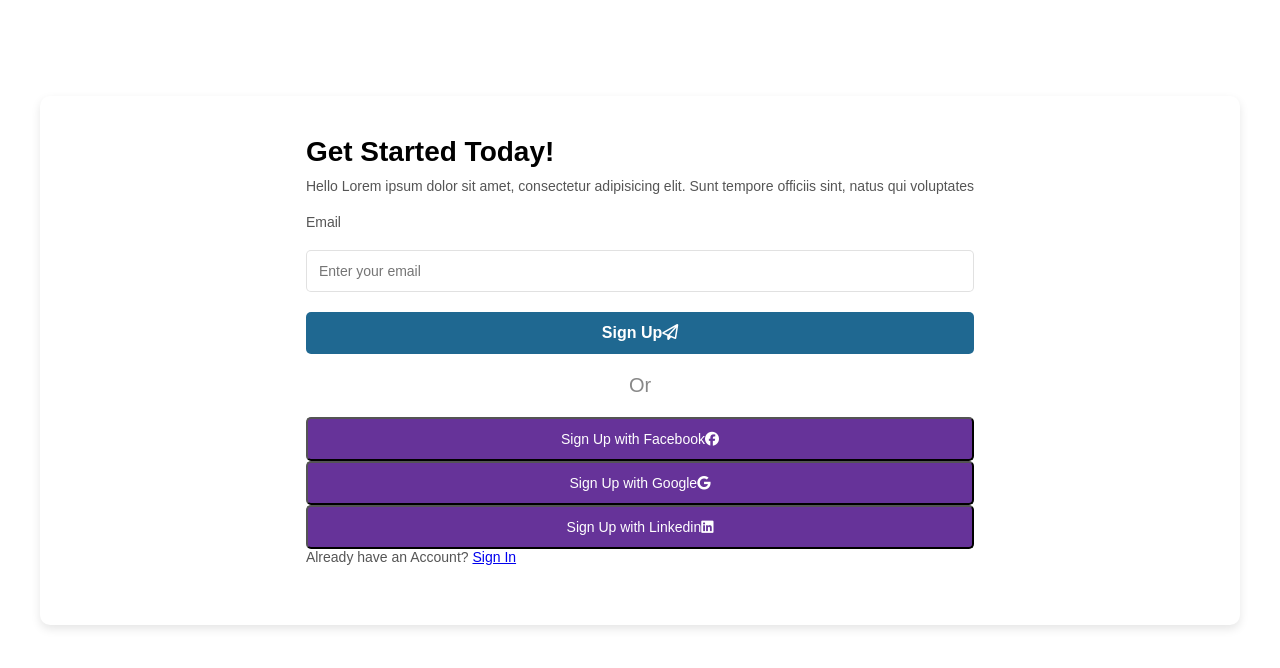
Repository: Femi007-gh/Login-V2
Page: index.html
The author's editor kept a copy of each file at every save. The page is drawn from the files as they stood at one save, then again after a run of saves.
The browser window is 1280 px wide. The pictures show the whole page.

Above is the page before, as saved 2025-01-27 07:47:12.

After the next 4 saves:
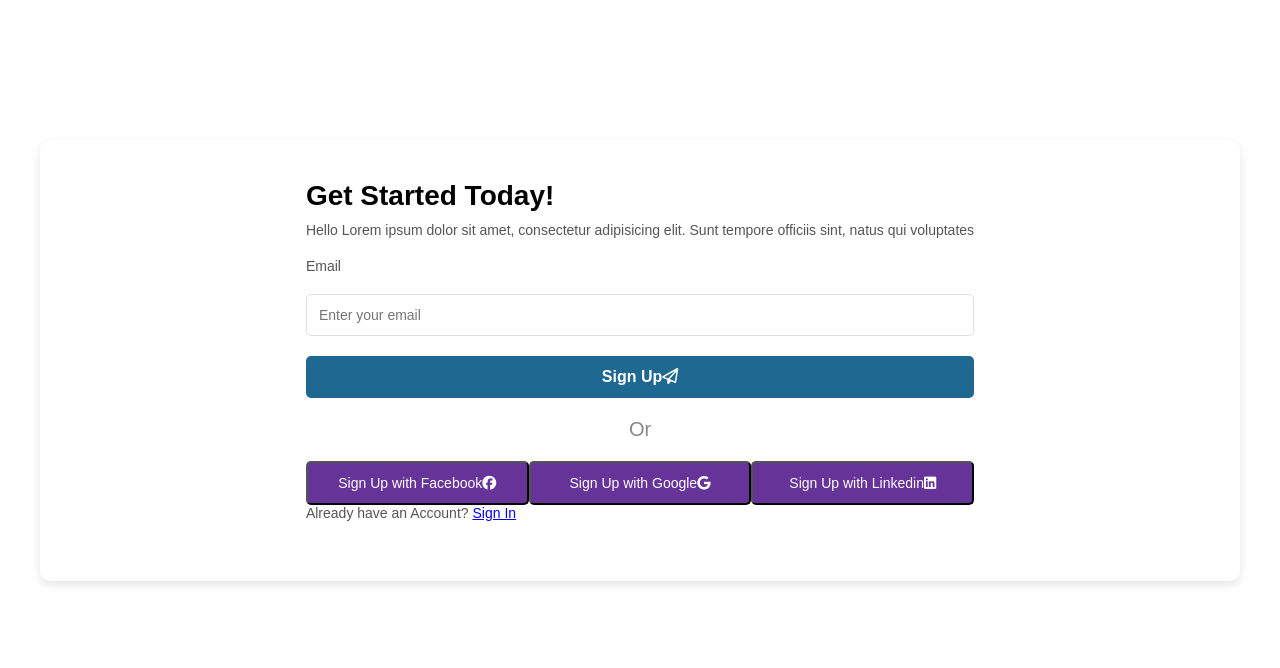
The 4 saves are shown as one change because they came seconds apart.
The last was saved 11 s later.
--- a/style.css
+++ b/style.css
@@ -78,7 +78,8 @@
 }
 
 .social-buttons {
-  display
+  display: flex;
+  flex-
 }
 
 .social-btn {

After the 3 saves that followed:
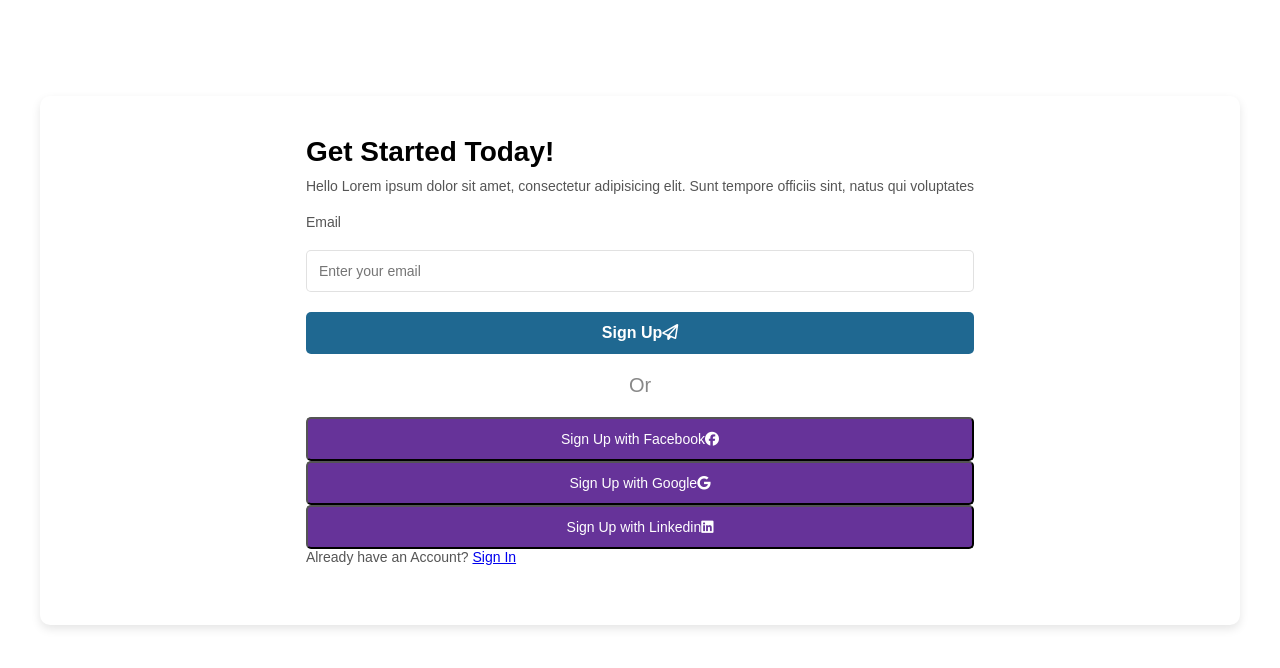
The 3 saves are shown as one change because they came seconds apart.
The last was saved 8 s later.
--- a/style.css
+++ b/style.css
@@ -79,7 +79,7 @@
 
 .social-buttons {
   display: flex;
-  flex-
+  flex-direction: column;
 }
 
 .social-btn {
